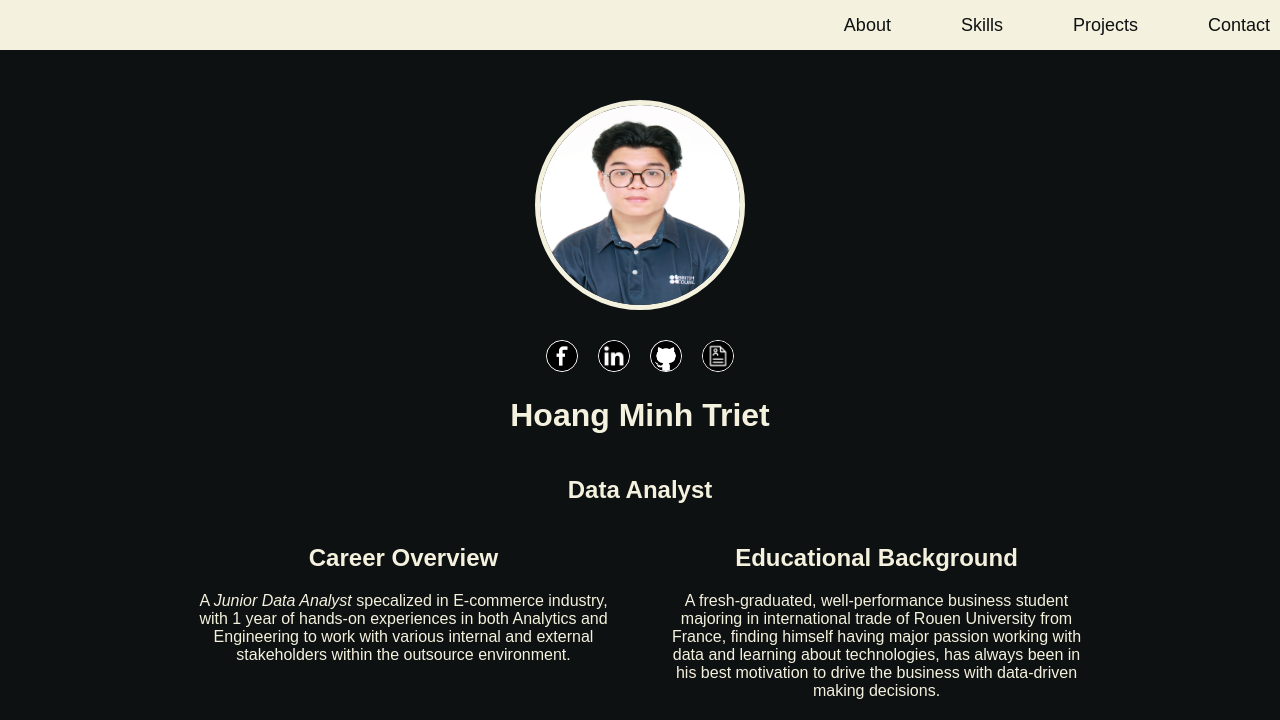
Repository: MinnTrit/personal_website
Page: http://localhost/
These files come from the project's save history. The page is drawn as it stood at one moment and after the next save; the edit follows.
The browser window is 1280 px wide. The pictures show the whole page.
An inner scrolling area shows only its first screen. The page is served by the project's application, run on Flask 3 (app.py).

Above is the page before, as saved 2025-01-30 19:34:14.

After the next save:
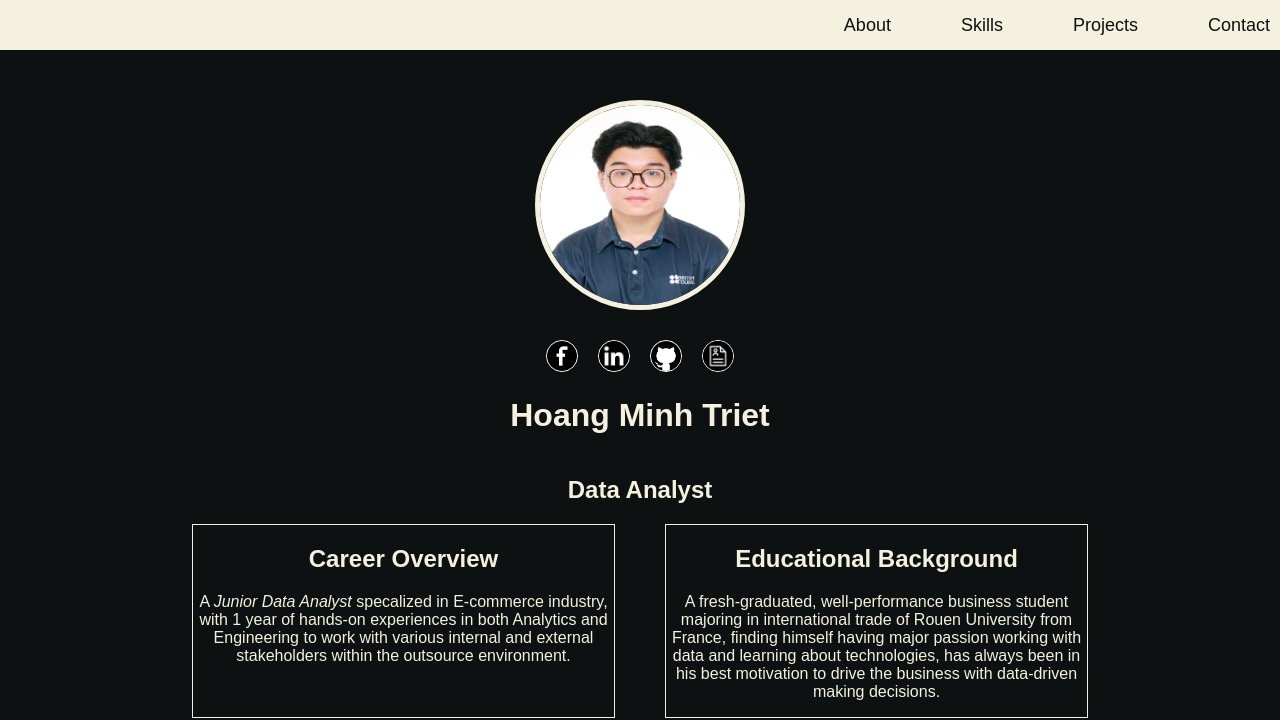
Saved 13 s later.
--- a/static/css/introduction.css
+++ b/static/css/introduction.css
@@ -91,10 +91,12 @@ main .introduction {
 
 .careerOverview {
     width: 50%;
+    border: 1px solid #F4F1DE;
 }
 
 .educationalBackground {
     width: 50%;
+    border: 1px solid #F4F1DE;
 }
 
 /* Sytling the information div */
